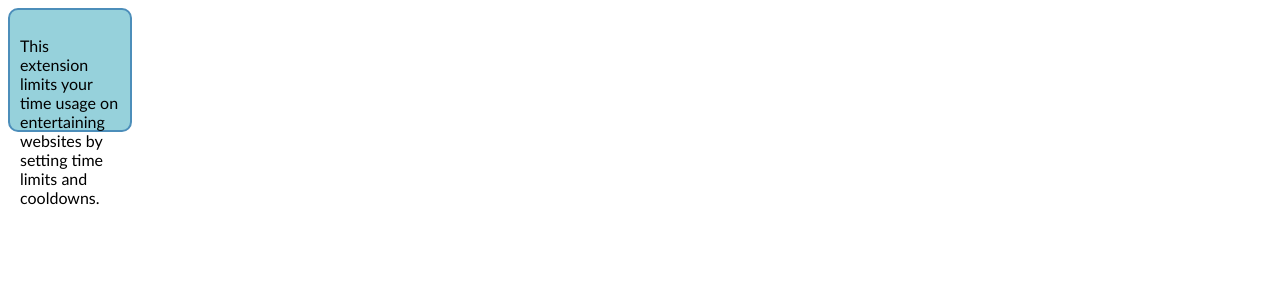
Repository: AndrlmMass/Time-management-chrome-extension
Page: popup.html
The author's editor kept a copy of each file at every save. The page is drawn from the files as they stood at one save, then again after the next save.
The browser window is 1280 px wide. The pictures show the whole page.

Above is the page before, as saved 2023-08-22 15:39:43.

After the next save:
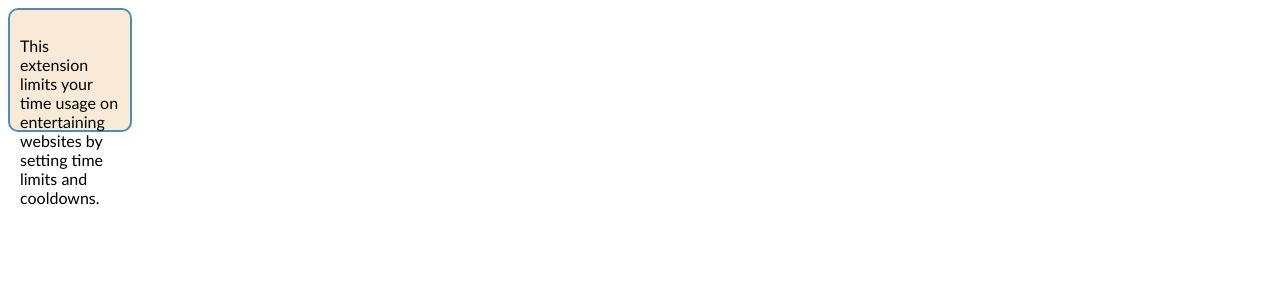
Saved 11 min 26 s later.
--- a/styles.css
+++ b/styles.css
@@ -12,7 +12,7 @@ body {
     padding: 10px;
     margin: 0;
     width: 150px;
-    background-color: #96d1db;
+    background-color: #F8EAD7;
     border: 2px solid #4c8eba;
     border-radius: 10px;
   }
